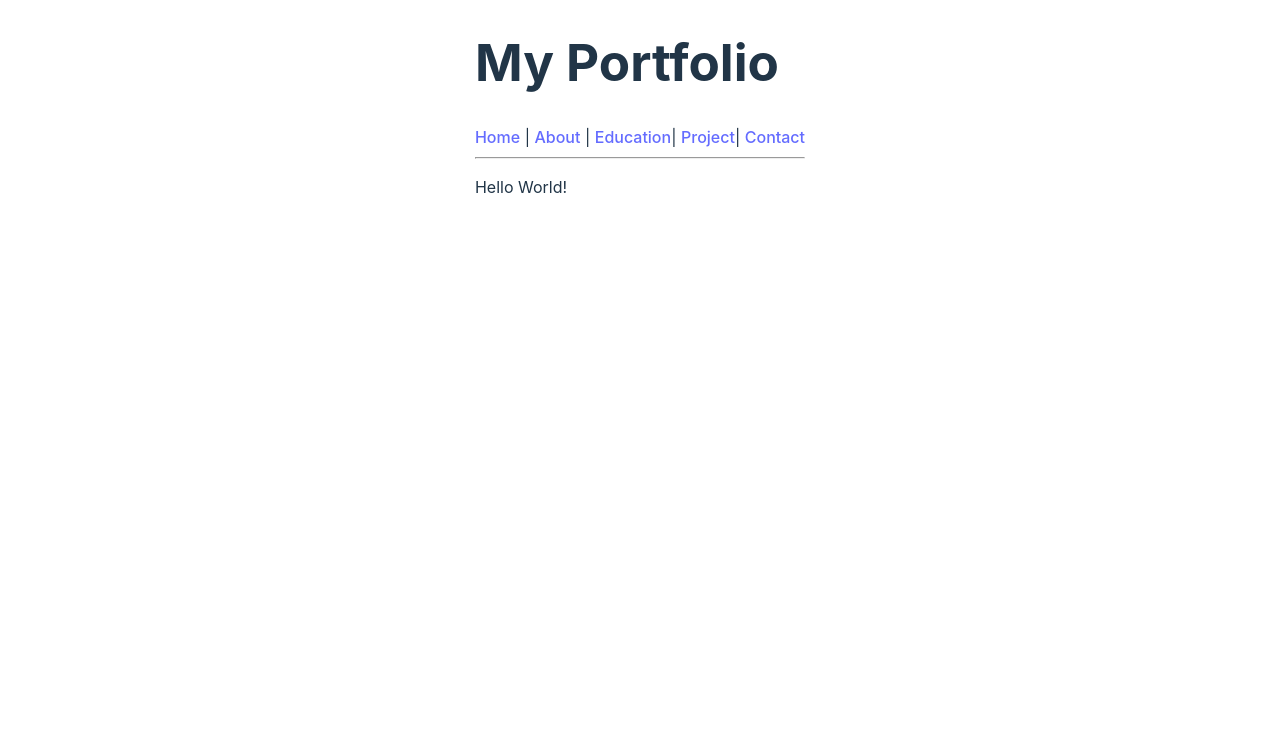
Repository: Viditv68/VIditRawat_Portfolio.github.io
Page: / (app in client/)
An editor plug-in stored every save of this project. The page is shown before and after a run of saves, followed by the edit.
The browser window is 1280 px wide. The pictures show the whole page.
The project was rebuilt for these pictures with package versions that can differ from the ones it lists, and the page was loaded fresh each time. Also part of the build but not shown: client/vite.config.js, client/src/about.jsx, client/src/contact.jsx, client/src/education.jsx, client/src/project.jsx.

Above is the page before, as saved 2023-12-17 22:37:37.

### client/src/App.jsx
import React from 'react';
import { BrowserRouter as Router } from 'react-router-dom';
//import { ThemeProvider } from '@material-ui/styles';
import MainRouter from '../MainRouter';
//import Contact from './contact'
//import theme from '../theme';
//import { hot } from 'react-hot-loader'

const App = () => {
  return (
    <Router>

        <MainRouter />

    </Router>
  );
};

export default App;

### client/src/index.css
:root {
  font-family: Inter, system-ui, Avenir, Helvetica, Arial, sans-serif;
  line-height: 1.5;
  font-weight: 400;

  color-scheme: light dark;
  color: rgba(255, 255, 255, 0.87);
  background-color: #242424;

  font-synthesis: none;
  text-rendering: optimizeLegibility;
  -webkit-font-smoothing: antialiased;
  -moz-osx-font-smoothing: grayscale;
}

a {
  font-weight: 500;
  color: #646cff;
  text-decoration: inherit;
}
a:hover {
  color: #535bf2;
}

body {
  margin: 0;

  place-items: center;
  min-width: 320px;
  min-height: 100vh;
}

h1 {
  font-size: 3.2em;
  line-height: 1.1;
}

button {
  border-radius: 8px;
  border: 1px solid transparent;
  padding: 0.6em 1.2em;
  font-size: 1em;
  font-weight: 500;
  font-family: inherit;
  background-color: #1a1a1a;
  cursor: pointer;
  transition: border-color 0.25s;
}
button:hover {
  border-color: #646cff;
}
button:focus,
button:focus-visible {
  outline: 4px auto -webkit-focus-ring-color;
}

@media (prefers-color-scheme: light) {
  :root {
    color: #213547;
    background-color: #ffffff;
  }
  a:hover {
    color: #747bff;
  }
  button {
    background-color: #f9f9f9;
  }
}

nav {
float:
}

### client/MainRouter.jsx
import React from 'react'
import { Route, Routes } from 'react-router-dom'
import Home from './components/Home'
import About from './src/about'
import Contact from './src/contact'
import Education from './src/education'
import Project from './src/project'
import Layout from './components/layout'

const MainRouter = () => {
        return (<div>
                <Layout/>
                <Routes>

                        <Route exact path="/" element={<Home />} />
                        <Route exact path="/about" element={<About />} />
                        <Route exact path="/education" element={<Education />} />
                        <Route exact path="/project" element={<Project />} />
                        <Route exact path="/contact" element={<Contact />} />

                </Routes>
        </div>
        )
}
export default MainRouter

### client/components/Home.jsx
export default function Home() {
    return <p>Hello World!</p>
  }

### client/components/layout.jsx
import React from 'react';
import { Link } from 'react-router-dom';

export default function Layout() {
  return (
    <>
      <h1>My Portfolio</h1>
      <nav>
        <Link to="/">Home</Link> | <Link to="/about">About</Link> | <Link to="/education">Education</Link>| <Link to="/project">Project</Link>| <Link to="/contact">Contact</Link>
      </nav>
      <hr />



    </>
  );
}

Loaded but not shown: client/index.html (common file); client/src/main.jsx (common file)

After the next 2 saves:
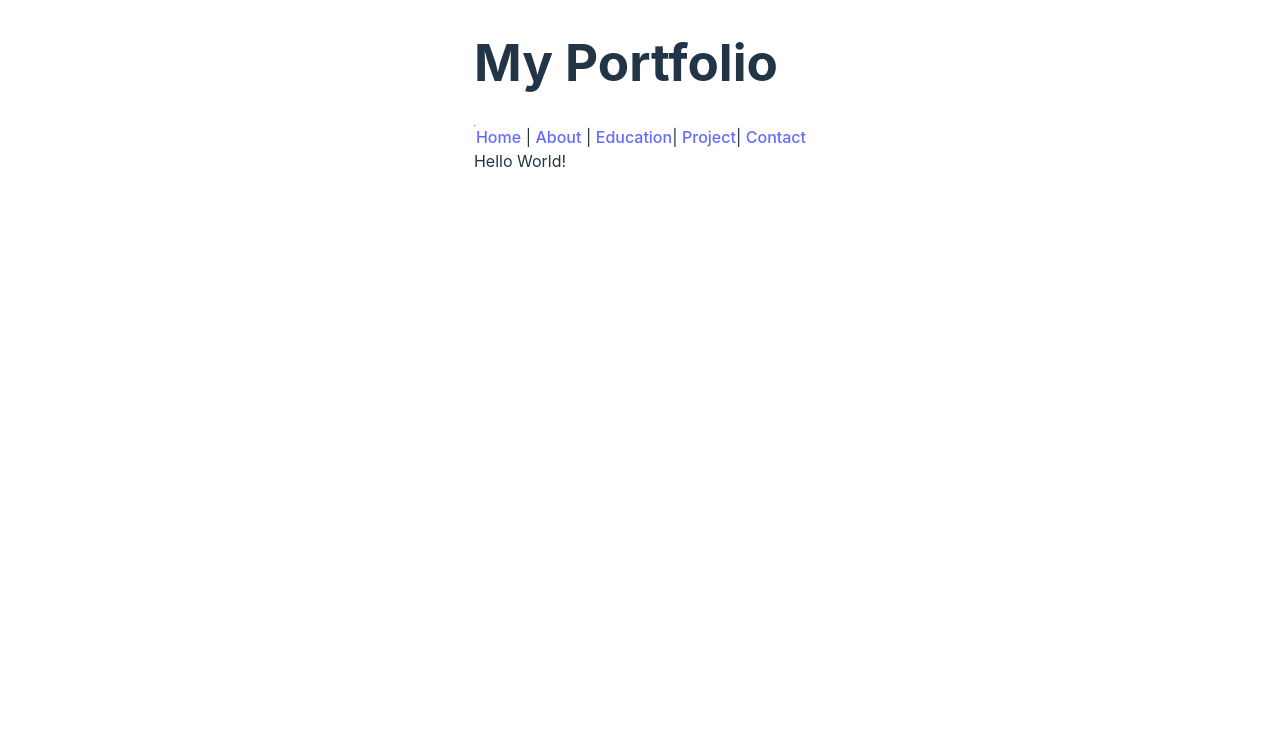
The 2 saves are shown as one change because they came seconds apart.
The last was saved 8 s later.
--- a/client/src/index.css
+++ b/client/src/index.css
@@ -68,5 +68,5 @@ button:focus-visible {
 }
 
 nav {
-float:
+float:right;
 }
